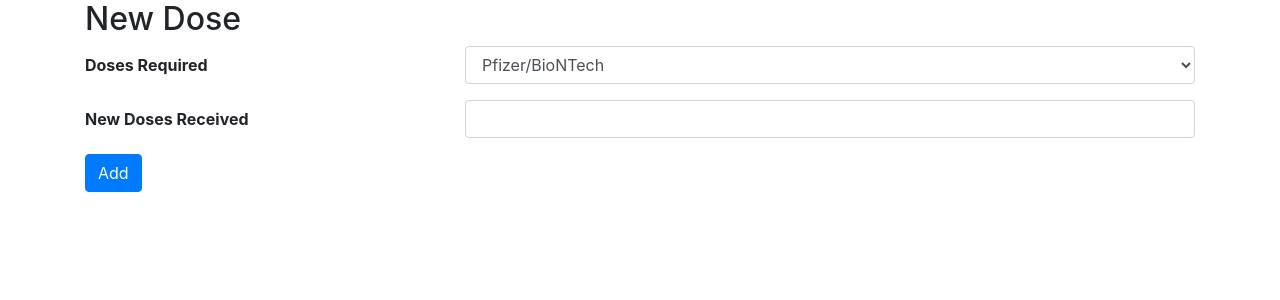
Repository: Thangtran1100/School-Stuff
Page: http://localhost/homework2/NewDose
These files come from the project's save history. The page is drawn as it stood at one moment and after the next save; the edit follows.
The browser window is 1280 px wide. The pictures show the whole page.
The page is served by Tomcat 9.

Above is the page before, as saved 2023-03-30 22:24:42.

After the next save:
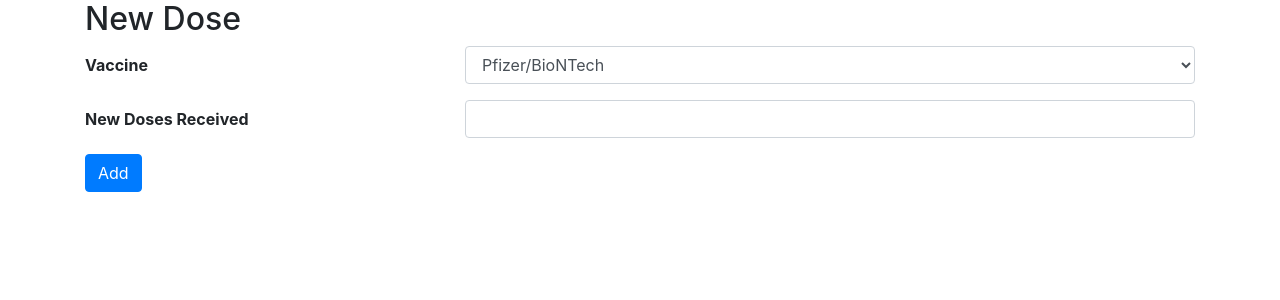
Saved 2 min 45 s later.
--- a/Spring 2023/CS3220/Assignments/3220-hw2-App/homework2/src/main/webapp/NewDose.jsp
+++ b/Spring 2023/CS3220/Assignments/3220-hw2-App/homework2/src/main/webapp/NewDose.jsp
@@ -20,8 +20,7 @@
 
 			<div class="form-group row">
 				<label for="dose"
-					class="col-lg-4 font-weight-bold col-form-label control-label">Doses
-					Required</label>
+					class="col-lg-4 font-weight-bold col-form-label control-label">Vaccine</label>
 
 				<div class="col-lg-8">
 					<select class="form-control" id="dose" name="dose">
